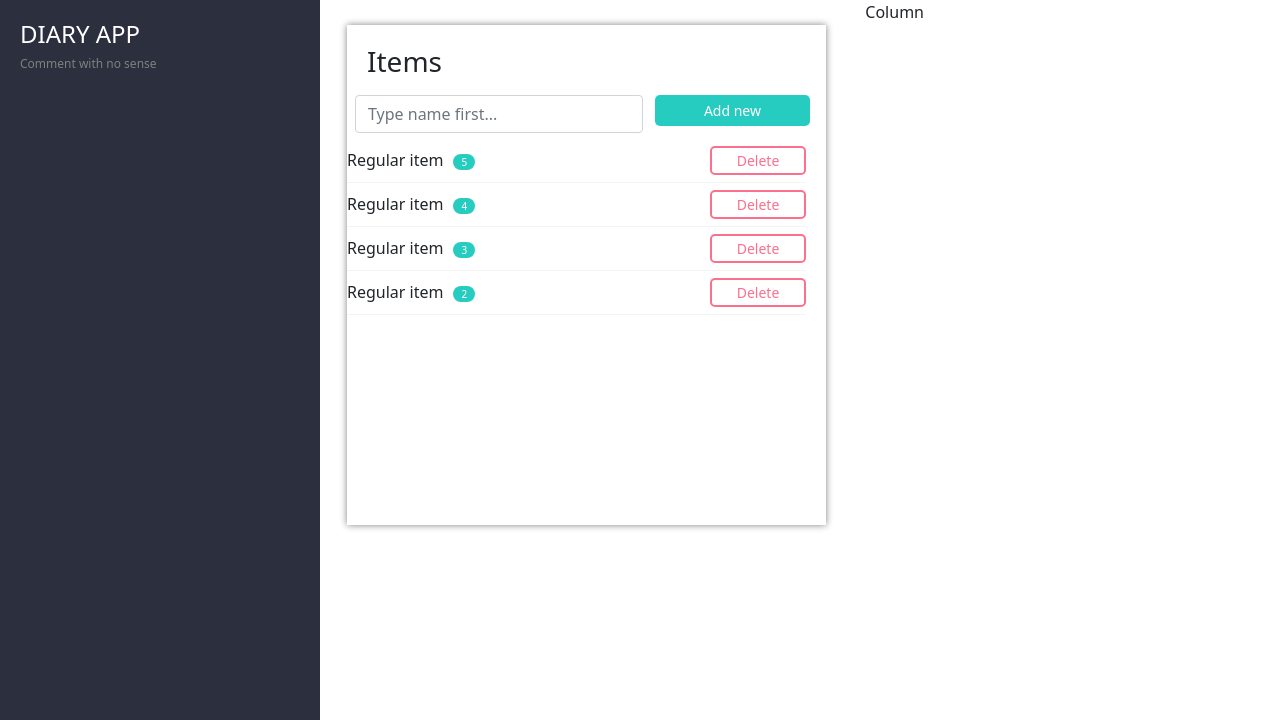
Repository: tsydikov/diary
Page: /
The author's editor kept a copy of each file at every save. The page is drawn from the files as they stood at one save, then again after the next save.
The browser window is 1280 px wide. The pictures show the whole page.
The project was rebuilt for these pictures with package versions that can differ from the ones it lists, and the page was loaded fresh each time.

Above is the page before, as saved 2021-09-10 21:46:01.

After the next save:
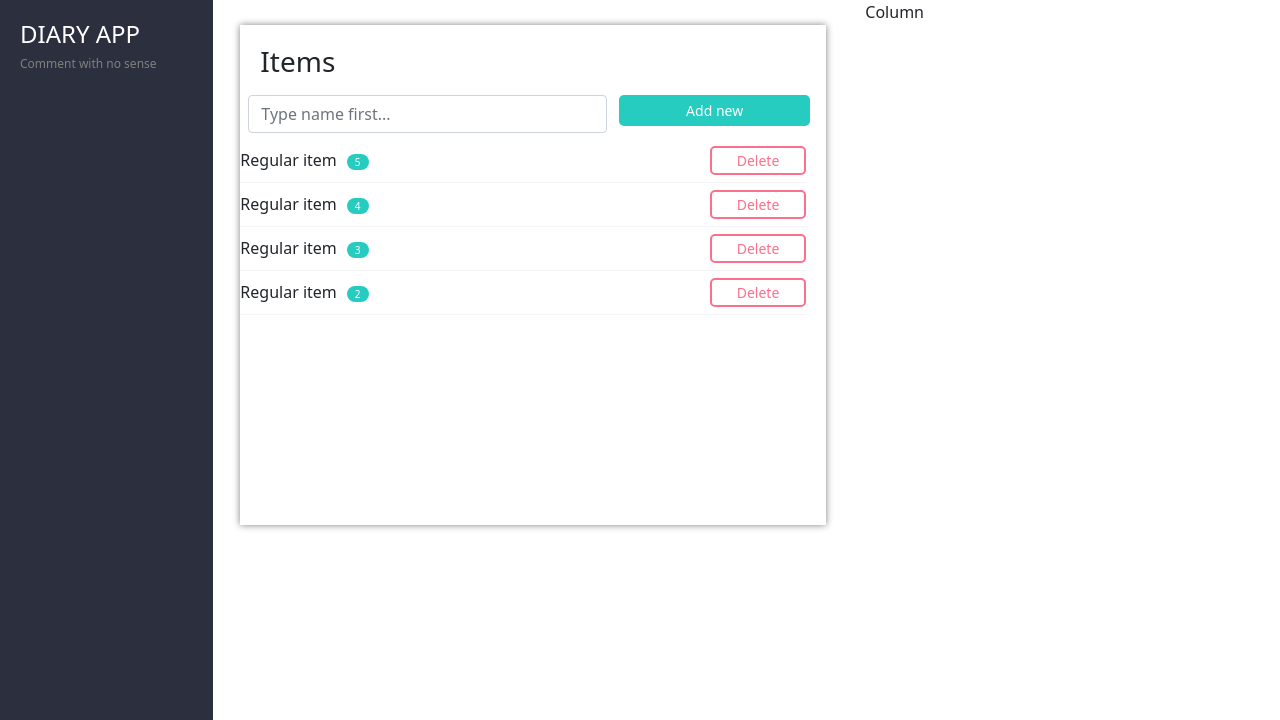
Saved 21 s later.
--- a/src/App.js
+++ b/src/App.js
@@ -19,10 +19,10 @@ function App() {
   return (
     <div className="container-fluid" >
       <div className="row " >
-        <div className="col-3 px-0" >
+        <div className="col-2 px-0" >
           <Navbar />
         </div>
-        <div className="col-5">
+        <div className="col-6">
           <div className="items_cotainer">
             <ItemForm create={createItem} />
             <Items items={items} />
